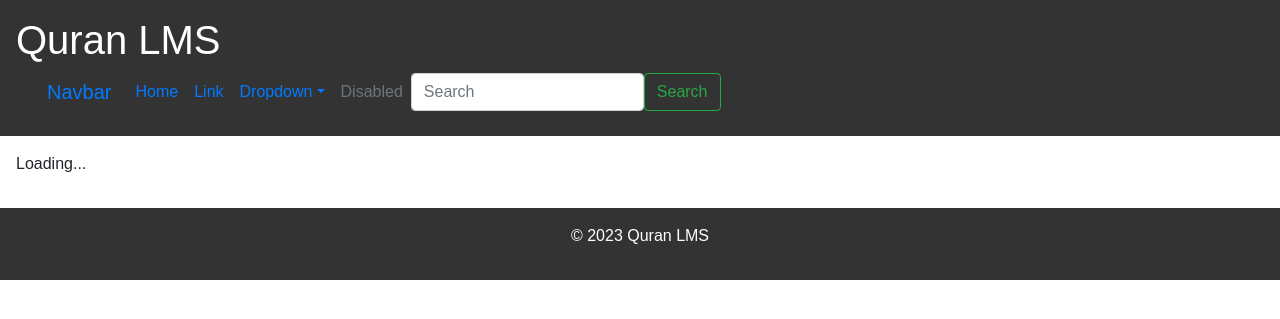
Repository: talha-mahmood/Quran-Lms-react
Page: /
These files come from the project's save history. The page is drawn as it stood at one moment and after a run of saves; the edit follows.
The browser window is 1280 px wide. The pictures show the whole page.
The page's requests for data from a server got no answer. The project was rebuilt for these pictures with package versions that can differ from the ones it lists, and the page was loaded fresh each time. No one was signed in, and anything a server would have sent is missing.

Above is the page before, as saved 2023-03-08 00:38:49.

### public/index.html
<!DOCTYPE html>
<html lang="en">
  <head>
    <meta charset="utf-8" />
    <link rel="icon" href="%PUBLIC_URL%/favicon.ico" />
    <meta name="viewport" content="width=device-width, initial-scale=1" />
    <meta name="theme-color" content="#000000" />
    <meta
      name="description"
      content="Web site created using create-react-app"
    />

    <link rel="apple-touch-icon" href="%PUBLIC_URL%/logo192.png" />
    <link rel="stylesheet" href="https://cdn.jsdelivr.net/npm/bootstrap@4.4.1/dist/css/bootstrap.min.css" integrity="sha384-Vkoo8x4CGsO3+Hhxv8T/Q5PaXtkKtu6ug5TOeNV6gBiFeWPGFN9MuhOf23Q9Ifjh" crossorigin="anonymous">
    <script src="https://code.jquery.com/jquery-3.4.1.slim.min.js" integrity="sha384-J6qa4849blE2+poT4WnyKhv5vZF5SrPo0iEjwBvKU7imGFAV0wwj1yYfoRSJoZ+n" crossorigin="anonymous"></script>
   <script src="https://cdn.jsdelivr.net/npm/popper.js@1.16.0/dist/umd/popper.min.js" integrity="sha384-Q6E9RHvbIyZFJoft+2mJbHaEWldlvI9IOYy5n3zV9zzTtmI3UksdQRVvoxMfooAo" crossorigin="anonymous"></script>
   <script src="https://cdn.jsdelivr.net/npm/bootstrap@4.4.1/dist/js/bootstrap.min.js" integrity="sha384-wfSDF2E50Y2D1uUdj0O3uMBJnjuUD4Ih7YwaYd1iqfktj0Uod8GCExl3Og8ifwB6" crossorigin="anonymous"></script>
    <!--
      manifest.json provides metadata used when your web app is installed on a
      user's mobile device or desktop. See https://developers.google.com/web/fundamentals/web-app-manifest/
    -->
    <link rel="manifest" href="%PUBLIC_URL%/manifest.json" />
    <!--
      Notice the use of %PUBLIC_URL% in the tags above.
      It will be replaced with the URL of the `public` folder during the build.
      Only files inside the `public` folder can be referenced from the HTML.

      Unlike "/favicon.ico" or "favicon.ico", "%PUBLIC_URL%/favicon.ico" will
      work correctly both with client-side routing and a non-root public URL.
      Learn how to configure a non-root public URL by running `npm run build`.
    -->
    <title>React App</title>
  </head>
  <body>
    <noscript>You need to enable JavaScript to run this app.</noscript>
    <div id="root"></div>

    <!--
      This HTML file is a template.
      If you open it directly in the browser, you will see an empty page.

      You can add webfonts, meta tags, or analytics to this file.
      The build step will place the bundled scripts into the <body> tag.

      To begin the development, run `npm start` or `yarn start`.
      To create a production bundle, use `npm run build` or `yarn build`.
    -->
  </body>
</html>

### src/App.js
import './App.css';
import React,{Component} from 'react';
class QuranLMS extends Component {
  state = {
    verses: [],
    isLoading: true
  };

  async componentDidMount() {
    const response = await fetch("https://api.quran.com/api/v4/quran/verses/uthmani?chapter_number=1");
    const data = await response.json();
    this.setState({
      verses: data.verses,
      isLoading: false
    });
  }

  render() {
    const { verses, isLoading } = this.state;
    return (
      <div>
        <header>
          <h1>Quran LMS</h1>
          <nav class="navbar navbar-expand-lg bg-body-tertiary">
  <div class="container-fluid">
    <a class="navbar-brand" href="#">Navbar</a>
    <button class="navbar-toggler" type="button" data-bs-toggle="collapse" data-bs-target="#navbarSupportedContent" aria-controls="navbarSupportedContent" aria-expanded="false" aria-label="Toggle navigation">
      <span class="navbar-toggler-icon"></span>
    </button>
    <div class="collapse navbar-collapse" id="navbarSupportedContent">
      <ul class="navbar-nav me-auto mb-2 mb-lg-0">
        <li class="nav-item">
          <a class="nav-link active" aria-current="page" href="#">Home</a>
        </li>
        <li class="nav-item">
          <a class="nav-link" href="#">Link</a>
        </li>
        <li class="nav-item dropdown">
          <a class="nav-link dropdown-toggle" href="#" role="button" data-bs-toggle="dropdown" aria-expanded="false">
            Dropdown
          </a>
          <ul class="dropdown-menu">
            <li><a class="dropdown-item" href="#">Action</a></li>
            <li><a class="dropdown-item" href="#">Another action</a></li>
            <li><hr class="dropdown-divider"/></li>
            <li><a class="dropdown-item" href="#">Something else here</a></li>
          </ul>
        </li>
        <li class="nav-item">
          <a class="nav-link disabled">Disabled</a>
        </li>
      </ul>
      <form class="d-flex" role="search">
        <input class="form-control me-2" type="search" placeholder="Search" aria-label="Search"/>
        <button class="btn btn-outline-success" type="submit">Search</button>
      </form>
    </div>
  </div>
</nav>
        </header>
        <main>
          {isLoading ? (
            <p>Loading...</p>
          ) : (
            verses.map((verse) => (
              <p key={verse.id}>{verse.text_uthmani}</p>
            ))
          )}
        </main>
        <footer>
          <p>&copy; 2023 Quran LMS</p>
        </footer>
      </div>
    );
  }
}

export default QuranLMS;

### src/App.css
body {
  font-family: Arial, sans-serif;
  margin: 0;
}

header {
  background-color: #333;
  color: #fff;
  padding: 1em;
}

header h1 {
  margin: 0;
}

main {
  padding: 1em;
}

footer {
  background-color: #333;
  color: #fff;
  padding: 1em;
  text-align: center;
}

Loaded but not shown: src/index.js (common file); src/index.css (common file); src/reportWebVitals.js (common file)

After the next 2 saves:
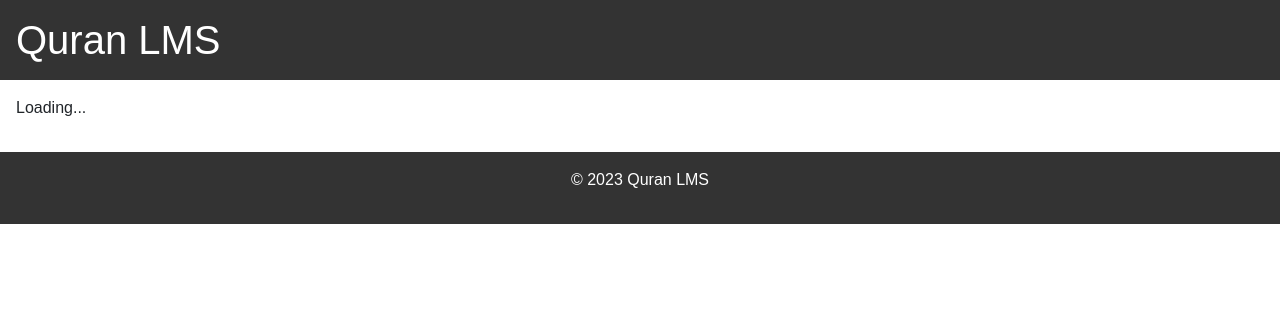
The 2 saves are shown as one change because 1 did not build or start.
The last was saved 3 min 2 s later.
--- a/src/App.js
+++ b/src/App.js
@@ -21,42 +21,8 @@ class QuranLMS extends Component {
       <div>
         <header>
           <h1>Quran LMS</h1>
-          <nav class="navbar navbar-expand-lg bg-body-tertiary">
-  <div class="container-fluid">
-    <a class="navbar-brand" href="#">Navbar</a>
-    <button class="navbar-toggler" type="button" data-bs-toggle="collapse" data-bs-target="#navbarSupportedContent" aria-controls="navbarSupportedContent" aria-expanded="false" aria-label="Toggle navigation">
-      <span class="navbar-toggler-icon"></span>
-    </button>
-    <div class="collapse navbar-collapse" id="navbarSupportedContent">
-      <ul class="navbar-nav me-auto mb-2 mb-lg-0">
-        <li class="nav-item">
-          <a class="nav-link active" aria-current="page" href="#">Home</a>
-        </li>
-        <li class="nav-item">
-          <a class="nav-link" href="#">Link</a>
-        </li>
-        <li class="nav-item dropdown">
-          <a class="nav-link dropdown-toggle" href="#" role="button" data-bs-toggle="dropdown" aria-expanded="false">
-            Dropdown
-          </a>
-          <ul class="dropdown-menu">
-            <li><a class="dropdown-item" href="#">Action</a></li>
-            <li><a class="dropdown-item" href="#">Another action</a></li>
-            <li><hr class="dropdown-divider"/></li>
-            <li><a class="dropdown-item" href="#">Something else here</a></li>
-          </ul>
-        </li>
-        <li class="nav-item">
-          <a class="nav-link disabled">Disabled</a>
-        </li>
-      </ul>
-      <form class="d-flex" role="search">
-        <input class="form-control me-2" type="search" placeholder="Search" aria-label="Search"/>
-        <button class="btn btn-outline-success" type="submit">Search</button>
-      </form>
-    </div>
-  </div>
-</nav>
+
+
         </header>
         <main>
           {isLoading ? (
